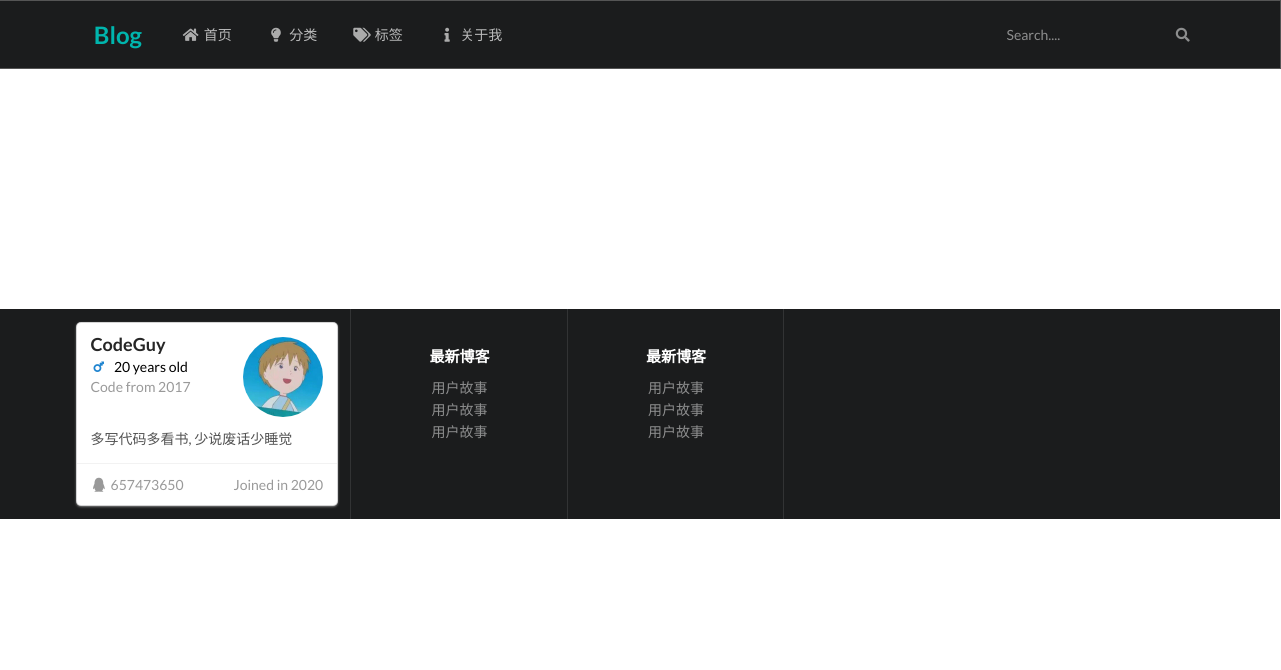
Repository: GOGOHQ/myblog
Page: index.html
An editor plug-in stored every save of this project. The page is shown before and after the next save, followed by the edit.
The browser window is 1280 px wide. The page is 1281 px wide, so the pictures cover 1281 px, including what lies to the right of the window. The pictures show the whole page.
Some web libraries are served in a nearby version.

Above is the page before, as saved 2020-01-16 15:55:15.

### index.html
<!DOCTYPE html>
<html lang="en">

<head>
    <meta charset="UTF-8">
    <meta name="viewport" content="width=device-width, inital-scale=1.0">
    <title>首页</title>
    <link rel="stylesheet" href="static/css/me.css">
    <link rel="stylesheet" href="https://cdn.jsdelivr.net/semantic-ui/2.2.4/semantic.min.css">
    <script src="https://cdn.jsdelivr.net/npm/jquery@3.2/dist/jqurey.min.js"></script>
    <script src="https://cdn.jsdelivr.net/semantic-ui/2.2.4/semantic.min.js"></script>
</head>

<body>
<!-- 导航 -->
<nav class="ui inverted  attached  segment m-padded-tb-mini">
    <div class="ui container">
        <div class="ui secondary inverted menu">
            <h2 class="ui teal header item">Blog</h2>
            <a href="#" class="item"><i class="home icon"></i>首页</a>
            <a href="#" class="item"><i class="idea icon"></i>分类</a>
            <a href="#" class="item"><i class="tags icon"></i>标签</a>
            <a href="#" class="item"><i class="info icon"></i>关于我</a>
            <div class="right item">
                <div class="ui icon  inverted transparent input">
                    <input type="text" placeholder="Search....">
                    <i class="search link icon"></i>
                </div>
            </div>
        </div>
    </div>
</nav>
<!-- 内容 -->
<div>
    <br> <br> <br> <br> <br> <br> <br> <br> <br> <br> <br> <br>
</div>
<!-- 底部 -->
<footer class="ui inverted vertical segment m-padded-tb-massive">
    <div class="ui container">
        <div class="ui inverted divided grid">
            <div class="four wide column">

                <div class="ui card">
                    <div class="content">
                        <img class="right circular floated tiny ui image" src="static/images/avatar.jpg">
                        <div class="header">
                            CodeGuy
                        </div>
                        <div class="meta">
                            <i class="icon blue mars stroke"></i>
                            <text style="color:black;">20 years old</text>
                        </div>
                        <div class="meta">
                            Code from 2017
                        </div>
                        <div class="description">
                            多写代码多看书, 少说废话少睡觉
                        </div>
                    </div>
                    <div class="extra content">
                        <a>
                            <i class="qq icon"></i>657473650
                        </a>
                        <span class="right floated">
                                    Joined in 2020
                                  </span>
                    </div>
                </div>

            </div>
            <div class="center aligned three wide column m-padded-t-middle">
                <h4 class="ui inverted header">最新博客</h4>
                <div class="ui inverted link list">
                    <a href="#" class="item">用户故事</a>
                    <a href="#" class="item">用户故事</a>
                    <a href="#" class="item">用户故事</a>
                </div>
            </div>
            <div class="center aligned three wide column m-padded-t-middle">
                <h4 class="ui inverted header">最新博客</h4>
                <div class="ui inverted link list">
                    <a href="#" class="item">用户故事</a>
                    <a href="#" class="item">用户故事</a>
                    <a href="#" class="item">用户故事</a>
                </div>
            </div>
            <div class="six wide column"></div>
        </div>
    </div>
</footer>
</body>


</html>

### static/css/me.css
.m-padded-tb-mini {
    padding-top: 0.2em !important;
    padding-bottom: 0.2em !important;
}

.m-padded-t-middle {
    padding-top: 40px !important
}

After the next save:
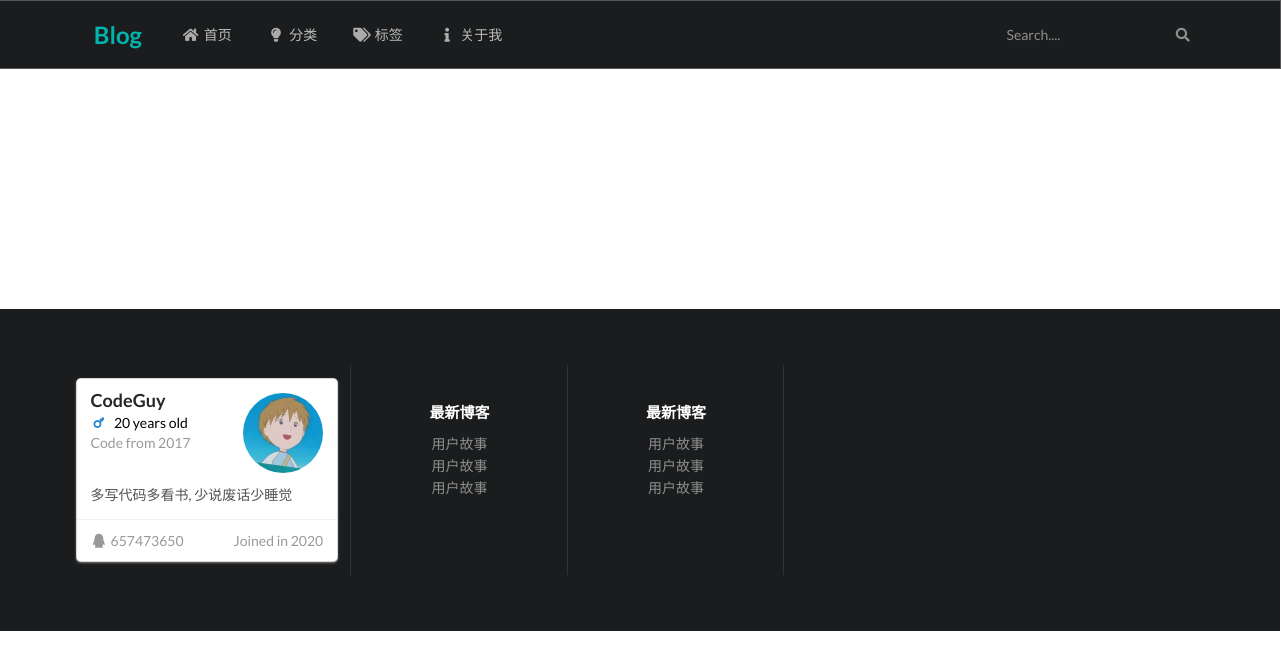
Saved 17 s later.
--- a/static/css/me.css
+++ b/static/css/me.css
@@ -6,3 +6,8 @@
 .m-padded-t-middle {
     padding-top: 40px !important
 }
+
+.m-padded-tb-massive {
+    padding-top: 5em !important;
+    padding-bottom: 5em !important;
+}
